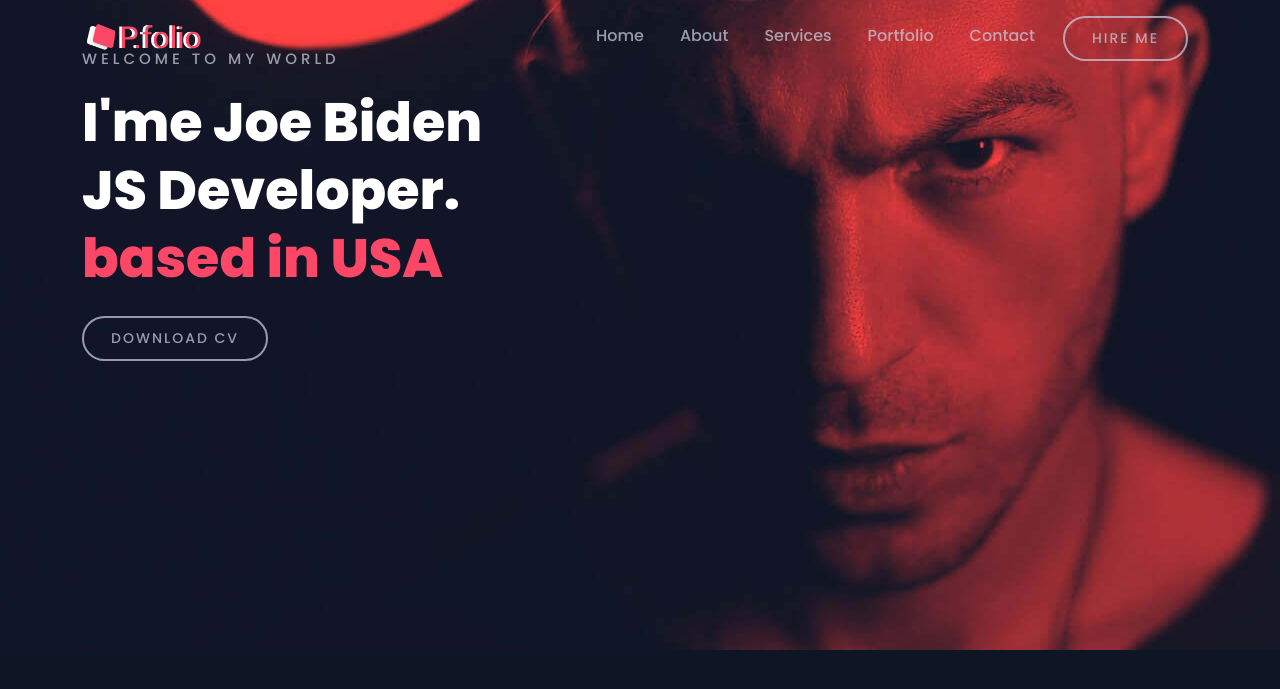
Repository: wadelfadill/Bootstrap_tache_3_responsive_portfolio
Page: index.html
An editor plug-in stored every save of this project. The page is shown before and after the next save, followed by the edit.
The browser window is 1280 px wide. The pictures show the whole page.
Some web libraries are served in a nearby version.

Above is the page before, as saved 2023-04-07 12:29:01.

After the next save:
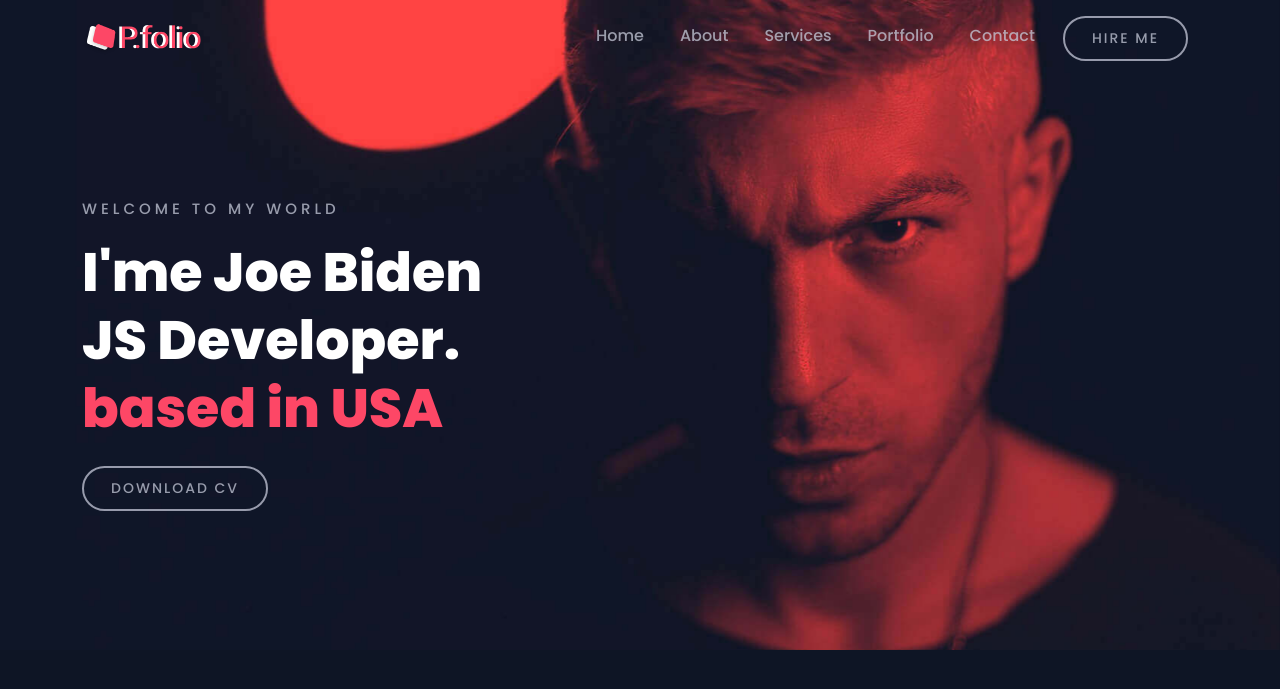
Saved 42 s later.
--- a/css/style.css
+++ b/css/style.css
@@ -214,4 +214,7 @@ button{
     background-image: url('../images/bg-image.jpg');
     background-repeat: no-repeat;
     background-position: center center;
-}
+    background-size: cover;
+    background-attachment: fixed;
+    padding: 200px 0 100px 0;
+}
